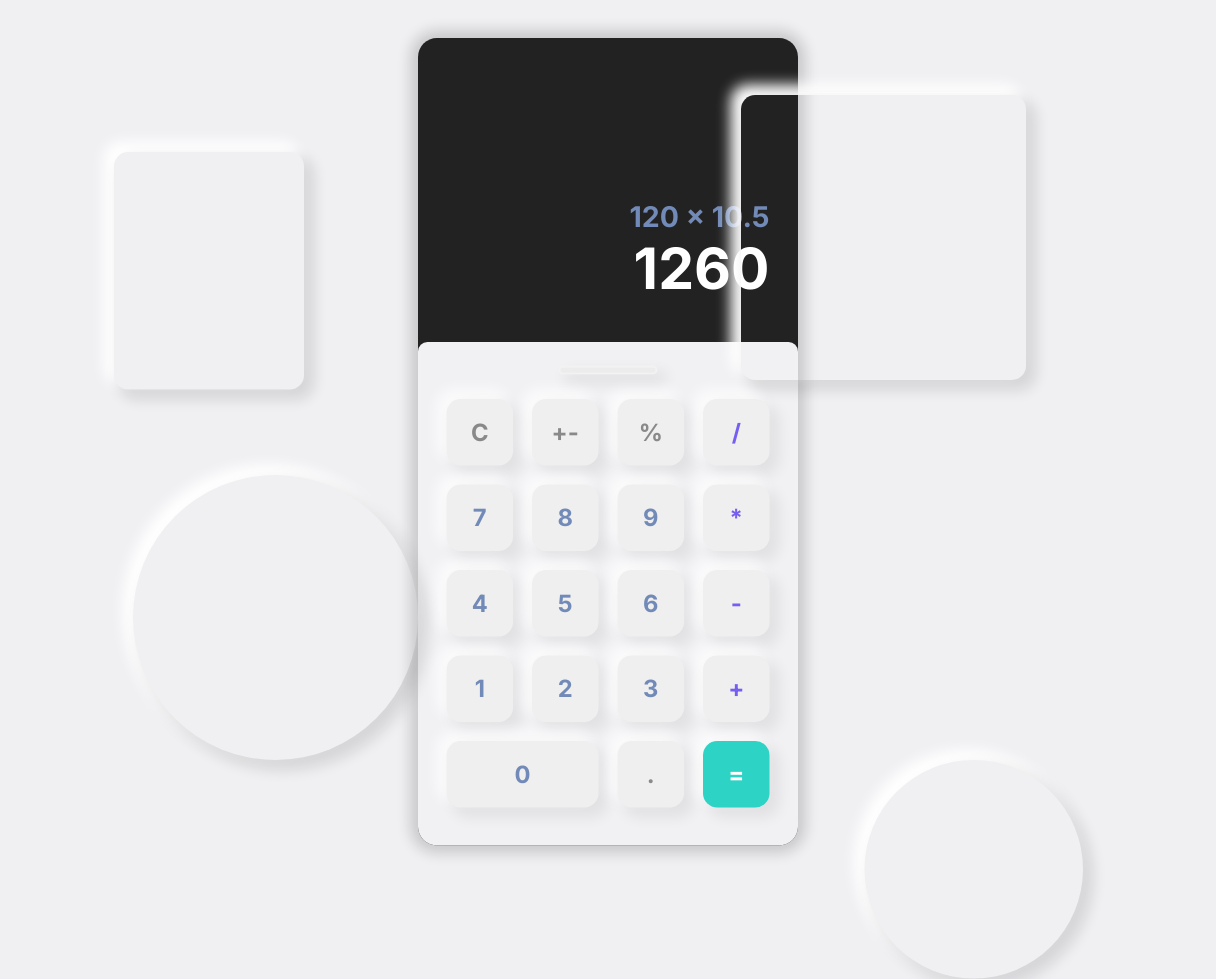
Repository: BrunoBross/calculator
Page: index.html
The author's editor kept a copy of each file at every save. The page is drawn from the files as they stood at one save, then again after a run of saves.
The browser window is 1280 px wide. The pictures show the whole page, at 95% of full size.

Above is the page before, as saved 2021-11-30 23:54:55.

### index.html
<!DOCTYPE html>
<html lang="en">
<head>
  <meta charset="UTF-8">
  <meta http-equiv="X-UA-Compatible" content="IE=edge">
  <meta name="viewport" content="width=device-width, initial-scale=1.0">
  <title>Calculator</title>
  <link rel="stylesheet" href="./style.css">
  <link rel="preconnect" href="https://fonts.googleapis.com">
  <link rel="preconnect" href="https://fonts.gstatic.com" crossorigin>
  <link href="https://fonts.googleapis.com/css2?family=Inter:wght@400;500;700&display=swap" rel="stylesheet">
</head>
<body>
  <main>
    <div class="calculator">
      <div class="view">
        <span id="history">120 x 10.5</span>
        <span id="result">1260</span>
      </div>
      <div class="buttons">
        <div id="effect"></div>
        <button class="extra" id="reset">C</button>
        <button class="extra" id="moreless">+-</button>
        <button class="extra" id="percent">%</button>
        <button class="operator" id="division">/</button>
        <button class="number" id="seven">7</button>
        <button class="number" id="eight">8</button>
        <button class="number" id="nine">9</button>
        <button class="operator" id="multiply">*</button>
        <button class="number" id="four">4</button>
        <button class="number" id="five">5</button>
        <button class="number" id="six">6</button>
        <button class="operator" id="less">-</button>
        <button class="number" id="one">1</button>
        <button class="number" id="two">2</button>
        <button class="number" id="three">3</button>
        <button class="operator" id="plus">+</button>
        <button class="number" id="zero">0</button>
        <button class="extra" id="dot">.</button>
        <button class="equals" id="equals">=</button>
      </div>
    </div>
    <div class="small-square"></div>
    <div class="square"></div>
    <div class="small-circle"></div>
    <div class="circle"></div>
  </main>
</body>
<script src="./script.js"></script>
</html>

### style.css
*{
  padding: 0;
  margin: 0;
  font-family: 'Inter', sans-serif;
  font-weight: 700;
}

body{
  background-color: #F0F0F3;
}

main{
  display: flex;
  justify-content: center;
  margin-top: 40px;
}

.calculator{
  background-color: #232222;
  display: flex;
  flex-direction: column;
  width: 400px;
  height: 850px;
  border-radius: 20px;
  box-shadow: 0 0 15px 8px #0000002a;
}

.view{
  display: flex;
  flex-direction: column;
  align-items: flex-end;
  height: 200px;
  margin-top: 170px;
  margin-right: 30px;
}

.view > span{
  color: #FFF;
  font-size: 60px;
}

#history{
  font-size: 30px;
  color: #728AB7;
}

.buttons{
  padding-top: 60px;
  padding-bottom: 40px;
  background-color: #F1F1F4;
  display: flex;
  justify-content: center;
  flex-wrap: wrap;
  gap: 20px;
  border-radius: 10px 10px 20px 20px;
}

.buttons > button{
  box-shadow: 8px 8px 15px 3px #00000010, -8px -8px 15px 3px #ffffffb0;
  border: none;
  height: 70px;
  width: 70px;
  border-radius: 15px;
  cursor: pointer;
  transition: 0.3s;
  font-size: 25px;
}

button:hover{
  background-color: #cccccc;
}

.equals:hover{
  background-color: #28a59a;
}

#zero{
  width: 160px;
}

.number{
  color: #728AB7;
}

.operator{
  color: #745FF2;
}

.equals{
  color: white;
  background-color: #2DD3C5;
}

.extra{
  color: #898989;
}

#effect{
  background-color: rgb(236, 236, 236);
  border: 2px solid #f3f2f2;
  border-radius: 5px;
  box-shadow: 8px 8px 15px 3px #00000010;
  height: 5px;
  width: 100px;
  position: absolute;
  top: 385px;
}

.small-square{
  height: 250px;
  width: 200px;
  position: absolute;
  border-radius: 15px;
  top: 160px;
  left: 120px;
  box-shadow: 8px 8px 15px 3px #0000001c, -8px -8px 15px 3px #ffffff;}

.square{
  height: 300px;
  width: 300px;
  position: absolute;
  border-radius: 15px;
  top: 100px;
  right: 200px;
  box-shadow: 8px 8px 15px 3px #0000001c, -8px -8px 15px 3px #ffffff;}

.small-circle{
  height: 230px;
  width: 230px;
  position: absolute;
  border-radius: 50%;
  top: 800px;
  right: 140px;
  box-shadow: 8px 8px 15px 3px #0000001c, -8px -8px 15px 3px #ffffff;
}

.circle{
  height: 300px;
  width: 300px;
  position: absolute;
  border-radius: 50%;
  bottom: -80px;
  left: 140px;
  box-shadow: 8px 8px 15px 3px #0000001c, -8px -8px 15px 3px #ffffff;
}

Loaded but not shown: script.js (no copy from this time; the picture is the same without it)

After the next 4 saves:
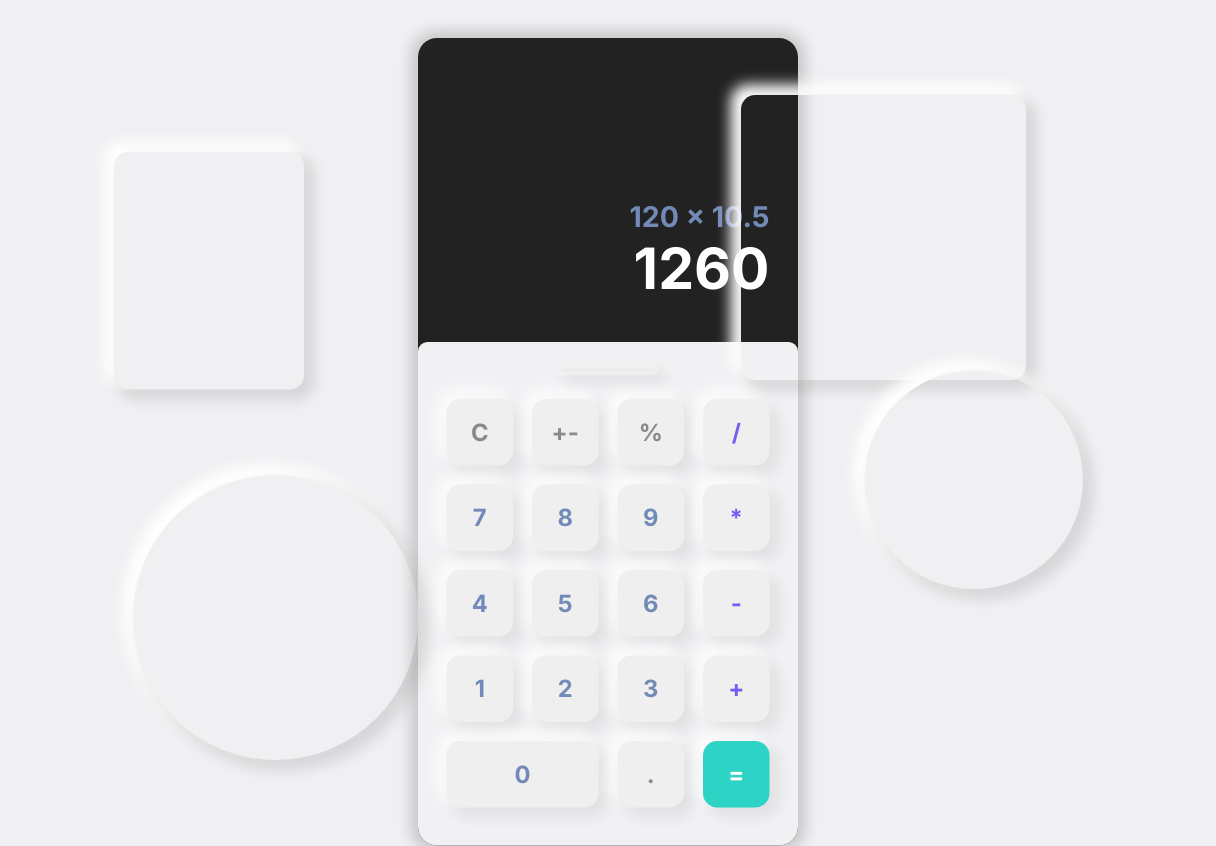
The 4 saves are shown as one change because they came seconds apart.
The last was saved 24 s later.
--- a/style.css
+++ b/style.css
@@ -129,7 +129,7 @@ button:hover{
   width: 230px;
   position: absolute;
   border-radius: 50%;
-  top: 800px;
+  bottom: 100px;
   right: 140px;
   box-shadow: 8px 8px 15px 3px #0000001c, -8px -8px 15px 3px #ffffff;
 }
